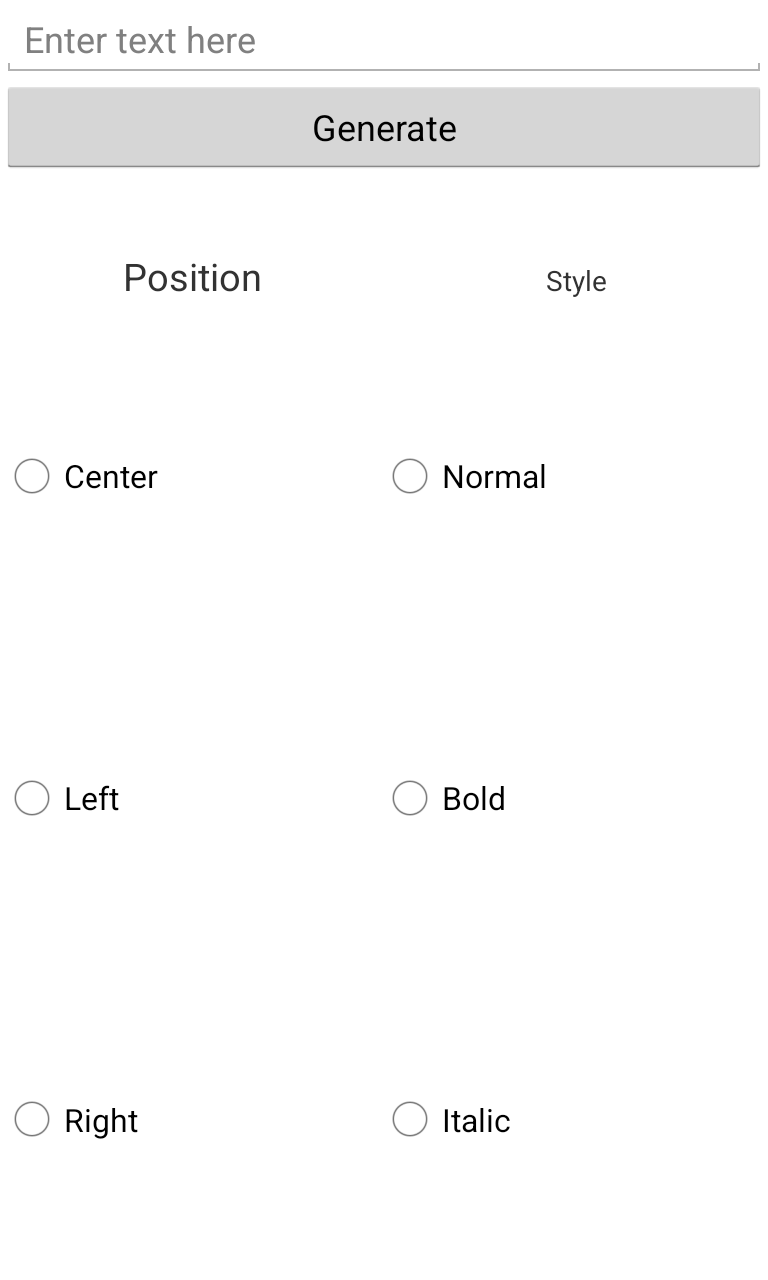
Repository: IgnacioRV/AndroidDev
Layout: ProjectYasuo/res/layout/adv_screen.xml
An editor plug-in stored every save of this project. The layout is shown before and after the next save, followed by the edit.
It is drawn on a 768 x 1280 px phone screen (xhdpi) without system bars, with theme AppTheme; the app's code is not run.

Above is the layout before, as saved 2016-01-27 10:31:08.

After the next save:
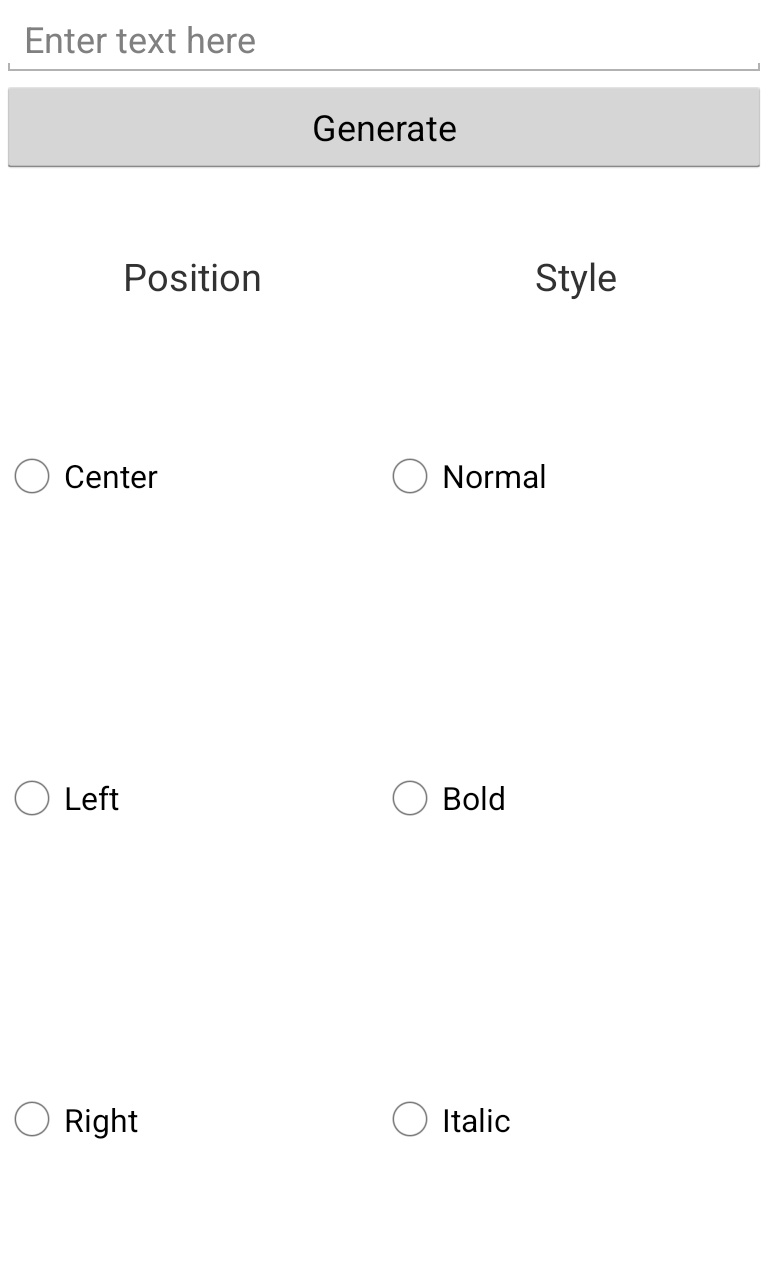
Saved 18 s later.
--- a/ProjectYasuo/res/layout/adv_screen.xml
+++ b/ProjectYasuo/res/layout/adv_screen.xml
@@ -22,8 +22,8 @@
         android:id="@+id/tvNew"
         android:layout_width="match_parent"
         android:layout_height="wrap_content"
-        android:textSize="23sp"
-        android:text="" />
+        android:text=""
+        android:textSize="23sp" />
 
     <LinearLayout
         android:layout_width="match_parent"
@@ -35,19 +35,20 @@
             android:id="@+id/textView2"
             android:layout_width="fill_parent"
             android:layout_height="39dp"
+            android:layout_weight="1"
             android:gravity="center"
             android:text="Position"
-            android:layout_weight="1"
-            android:textSize="19sp"/>
+            android:textSize="19sp" />
 
         <TextView
             android:id="@+id/textView1"
             android:layout_width="fill_parent"
             android:layout_height="26dp"
             android:layout_weight="1"
+            android:layout_weight="1"
             android:gravity="center"
             android:text="Style"
-             android:layout_weight="1" />
+            android:textSize="19sp" />
     </LinearLayout>
 
     <LinearLayout
@@ -57,11 +58,11 @@
         android:weightSum="2" >
 
         <RadioGroup
+            android:id="@+id/rg"
             android:layout_width="wrap_content"
             android:layout_height="fill_parent"
             android:layout_weight="1"
-            android:orientation="vertical"
-            android:id="@+id/rg">
+            android:orientation="vertical" >
 
             <RadioButton
                 android:id="@+id/rbCenter"
@@ -86,11 +87,11 @@
         </RadioGroup>
 
         <RadioGroup
+            android:id="@+id/rs"
             android:layout_width="wrap_content"
             android:layout_height="fill_parent"
             android:layout_weight="1"
-            android:orientation="vertical"
-            android:id="@+id/rs" >
+            android:orientation="vertical" >
 
             <RadioButton
                 android:id="@+id/rbNormal"
@@ -115,6 +116,4 @@
         </RadioGroup>
     </LinearLayout>
 
-
-
 </LinearLayout>
